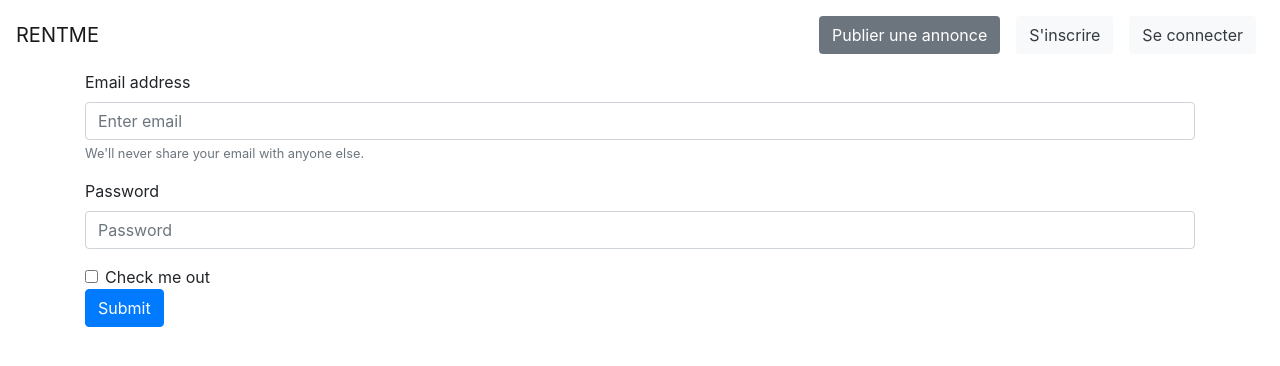
Repository: johan1412/rentme-front
Page: /login
The author's editor kept a copy of each file at every save. The page is drawn from the files as they stood at one save, then again after the next save.
The browser window is 1280 px wide. The pictures show the whole page.
The project was rebuilt for these pictures with package versions that can differ from the ones it lists, and the page was loaded fresh each time. Also part of the build but not shown: vue.config.js, src/components/auth/Register.vue, src/components/Home.vue.

Above is the page before, as saved 2021-12-14 19:18:11.

### src/main.js
import Vue from "vue";
import App from "./App.vue";
import VueRouter from 'vue-router'
import Login from './components/auth/Login.vue'
import Register from './components/auth/Register.vue'

import HomePage from './components/Home.vue'
import { BootstrapVue, IconsPlugin } from 'bootstrap-vue'

// Import Bootstrap an BootstrapVue CSS files (order is important)
import 'bootstrap/dist/css/bootstrap.css'
import 'bootstrap-vue/dist/bootstrap-vue.css'

// Make BootstrapVue available throughout your project
Vue.use(BootstrapVue)
// Optionally install the BootstrapVue icon components plugin
Vue.use(IconsPlugin)

Vue.config.productionTip = false;

Vue.use(VueRouter)


const routes = [
  { path: '/', component: HomePage },
  { path: '/login', component: Login },
  { path: '/register', component: Register },
]

const router = new VueRouter({
  routes,
  history : true,
  mode : 'history'
})


new Vue({
  render: (h) => h(App),
  router
}).$mount("#app");

### src/App.vue
<template>
  <router-view />
</template>
<script>
export default {
  name: "App"
};
</script>

<style>

</style>

### src/components/auth/Login.vue
<template>
<div>
<nav-bar />
<div class="container m-auto">
  <form>
      <div class="form-group">
        <label for="exampleInputEmail1">Email address</label>
        <input type="email" class="form-control" id="exampleInputEmail1" aria-describedby="emailHelp" placeholder="Enter email">
        <small id="emailHelp" class="form-text text-muted">We'll never share your email with anyone else.</small>
      </div>
      <div class="form-group">
        <label for="exampleInputPassword1">Password</label>
        <input type="password" class="form-control" id="exampleInputPassword1" placeholder="Password">
      </div>
      <div class="form-check">
        <input type="checkbox" class="form-check-input" id="exampleCheck1">
        <label class="form-check-label" for="exampleCheck1">Check me out</label>
      </div>
      <button type="submit" class="btn btn-primary">Submit</button>
  </form>
</div>
  </div>
</template>

<script>
import NavBar from '../layouts/NavBar.vue';
export default {
  name: "Login",
  components: {
    NavBar,
  },

};
</script>

### src/components/layouts/NavBar.vue
<template>
<div>
  <b-navbar toggleable="lg" type="light" variant="white">
    <b-navbar-brand class="fw-bold">RENTME</b-navbar-brand>
    <b-collapse id="nav-collapse" is-nav>
      <b-navbar-nav class="ml-auto">
        <b-nav-item><router-link class="btn bg-secondary text-white" to="register">Publier une annonce</router-link></b-nav-item>
        <b-nav-item><router-link class="btn bg-light text-dark" to="register">S'inscrire</router-link></b-nav-item>
        <b-nav-item><router-link class="btn bg-light text-dark" to="login">Se connecter</router-link></b-nav-item>
      </b-navbar-nav>
    </b-collapse>
  </b-navbar>
</div>
</template>
<script>

export default {
  name: "NavBar"
};
</script>

Loaded but not shown: public/index.html (common file)

After the next save:
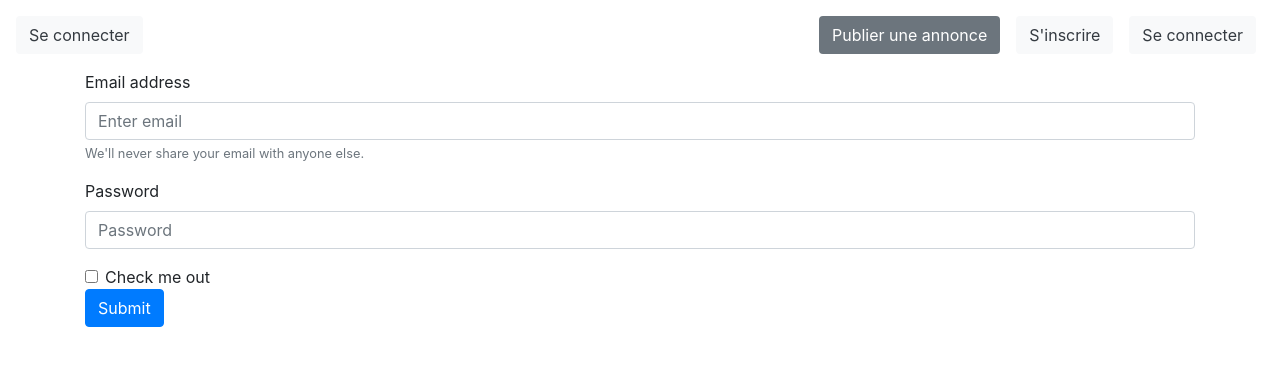
Saved 10 s later.
--- a/src/components/layouts/NavBar.vue
+++ b/src/components/layouts/NavBar.vue
@@ -1,7 +1,7 @@
 <template>
 <div>
   <b-navbar toggleable="lg" type="light" variant="white">
-    <b-navbar-brand class="fw-bold">RENTME</b-navbar-brand>
+    <b-navbar-brand class="fw-bold"><router-link class="btn bg-light text-dark" to="login">Se connecter</router-link></b-navbar-brand>
     <b-collapse id="nav-collapse" is-nav>
       <b-navbar-nav class="ml-auto">
         <b-nav-item><router-link class="btn bg-secondary text-white" to="register">Publier une annonce</router-link></b-nav-item>
